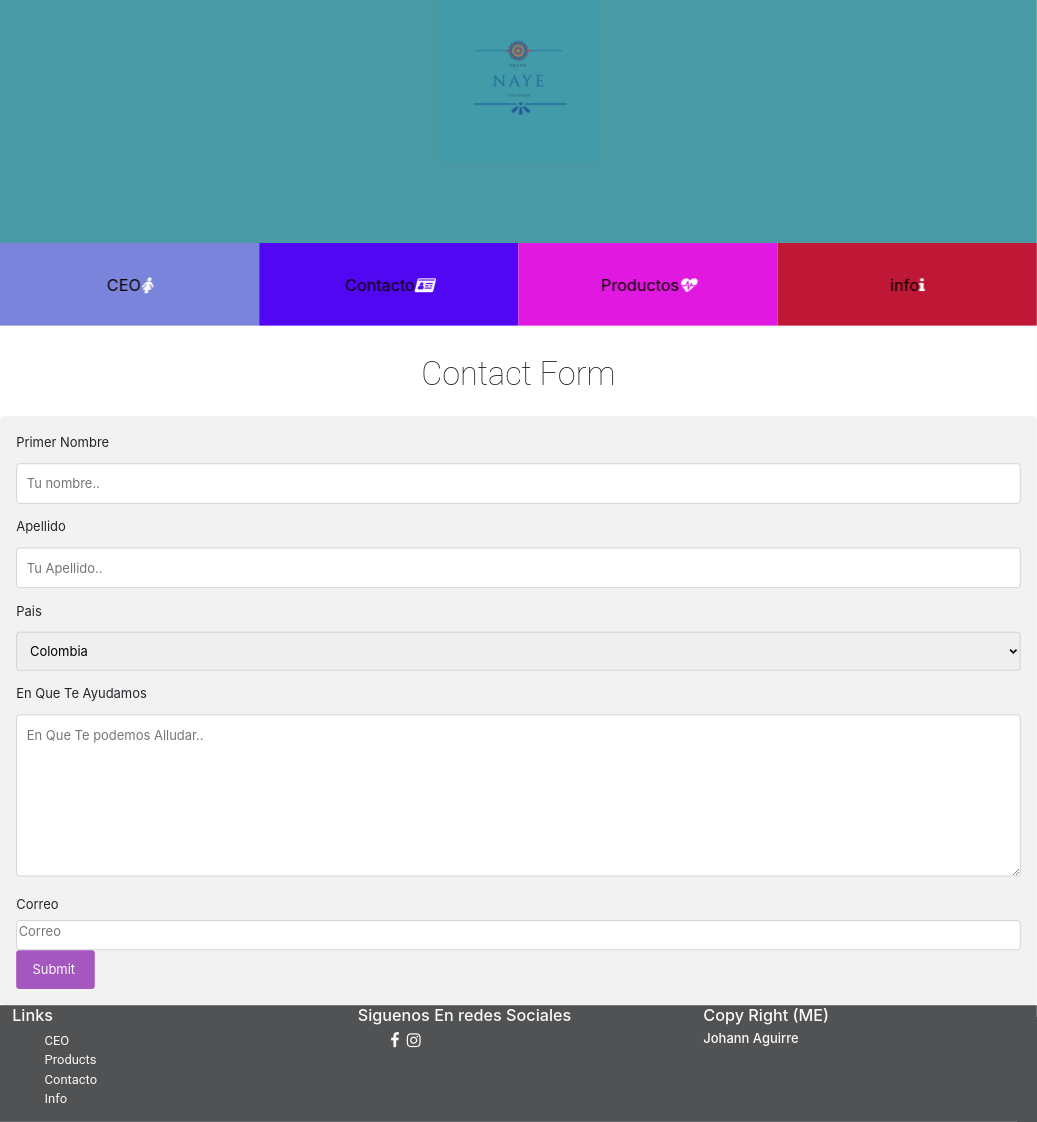
Repository: cachimiro/1-mile-stone-project
Page: contacts.html
The author's editor kept a record of every edit. The page is drawn from the files as they stood at one moment, then again after the next edit.
The browser window is 1280 px wide. The pictures show the whole page, at 81% of full size.
Some web libraries are served in a nearby version.

Above is the page before.

### contacts.html
<!DOCTYPE html>
<html lang="es">

<head>
    <meta charset="UTF-8">
    <meta name="viewport" content="width=device-width, initial-scale=1.0">
    <meta http-equiv="X-UA-Compatible" content="ie=edge">
    <link rel="stylesheet" href="https://stackpath.bootstrapcdn.com/bootstrap/4.2.1/css/bootstrap.min.css" type="text/css" />
    <link rel="stylesheet" href="https://stackpath.bootstrapcdn.com/font-awesome/4.7.0/css/font-awesome.min.css" type="text/css" />
    <link rel="stylesheet" href="https://cdnjs.cloudflare.com/ajax/libs/hover.css/2.3.1/css/hover-min.css" type="text/css" />
    <link rel="stylesheet" href="css/style.css" type="text/css" />
    <title>NAYE accesirios</title>
</head>

<body>


    <section class="bg-color-lightblue">
        <div class="row no-gutters nowrap">
            <a href="index.html" class="col-sx-12 col logo-3 ">
            <img src="photo/logo.png" alt="logo"/>


            </a>






        </div>
        <div class="row no-gutters inline-block">
                    <div class="col"></div>
                    <ul id="nav" class="list-inline menucontainer">
                        <li class="col-6 col-sm-3 ui-menu-color-ceo list-inline-item menuitem-1">
                            <a href="#" class="hvr-icon-spin">CEO<i class="fa fa-ceo hvr-icon" aria-hidden="true"> <span><i class="fas fa-female"></i></span></i>  </a>
                        </li>
                        <li class="col-6 col-sm-3 ui-menu-color-contacto list-inline-item menuitem-1">
                            <a href="#" class="hvr-icon-drop">Contacto<i class="fa fa-contact hvr-icon" aria-hidden="true"> <span><i class="far fa-id-card"></i></span></i>  </a>
                        </li>
                        <li class="col-6 col-sm-3 ui-menu-color-productos list-inline-item menuitem-1">
                            <a href="productos.html" class="hvr-icon-buzz"> Productos<i class="fa fa-crown hvr-icon" aria-hidden="true"> <span><i class="fas fa-heartbeat"></i></span></i>  </a>
                        </li>
                        <li class="col-6 col-sm-3 ui-menu-color-info list-inline-item menuitem-1">
                            <a href="#" class="hvr-icon-sink-away">info<i class="fa fa-info hvr-icon" aria-hidden="true"></i>  </a>
                        </li>

                        </li>
                    </ul>

                </div>

        </div>
       <h3 class="contact-firm">Contact Form</h3>

<div class="container-6">
  <form action="/action_page.php">
    <label for="fname">Primer Nombre</label>
    <input type="text" id="fname" name="firstname" required placeholder="Tu nombre..">

    <label for="lname">Apellido</label>
    <input type="text" id="lname" name="lastname" required placeholder="Tu Apellido..">

    <label for="country">Pais</label>
    <select id="country" name="country">
      <option value="colombia">Colombia</option>
      <option value="canada">Canada</option>
      <option value="venezuela">Venezuela</option>
      <option value="peru">Peru</option>
      <option value="brazil">Brazil</option>
      <option value="bolivia">Bolivia</option>
      <option value="panama">Panama</option>
      <option value="chile">Chile</option>
      <option value="argentina">Argentina</option>
      <option value="uruguay">Uruguay</option>
      <option value="paraguay">Paraguay</option>
      <option value="ecuador">Ecuador</option>
      <option value="costa-rica">Costa Rica</option>
      <option value="honduras">Honduras</option>
      <option value="nicaragua">Nicaragua</option>
      <option value="mexicp">Mexico</option>
      <option value="uk">UK</option>
    </select>

    <label for="subject">En Que Te Ayudamos</label>
    <textarea id="subject" name="subject" placeholder="En Que Te podemos Alludar.." style="height:200px"></textarea>
    <label for="email">Correo</label>
    <input type="email" id="email" name="email" placeholder="Correo" required/>
    <input type="submit" value="Submit " class="submit-3">
  </form>
</div>




    </section>
    <footer class="container-fluid">
        <div id="footer-detail" class="row">
            <div class="col-sm-4">
                <h5 class="uppercase general-sub">Links</h5>
                <p class="inline-block">
                    <ul class="links-footer">
                        <a href="#">
                            <li>
                                CEO
                            </li>
                        </a>
                        <a href="#">
                            <li>
                                Products
                            </li>
                        </a>
                        <a href="#">
                            <li>
                                Contacto
                            </li>
                        </a>
                        <a href="#">
                            <li>
                                Info
                            </li>
                        </a>
                    </ul>
                </p>
            </div>
            <div class="col-sm-4">
                <h5 class="uppercase general-sub">Siguenos En redes Sociales</h5>
                <ul class="social-media-icons">
                    <li class="list-inline-item">
                        <a href="https://m.facebook.com/Nayeaccesorio/" target="_blank" class="">
                        <i class="fa fa-facebook" aria-hidden="true"></i>
                        <span class="sr-only">Facebook</span>
                        </a>
                    </li>
                    <li class="list-inline-item"></li>
                    <a href="https://www.instagram.com/nayeaccesorios/" target="_blank" class="">
                         <i class="fa fa-instagram" aria-hidden="true"></i>
                            <span class="sr-only">Instagram</span>
                            </a>
                    </li>
                </ul>
            </div>
            <div class="col-sm-4">
                <h5 class="uppercase general-sub"> Copy Right (ME)</h5>
                <h6>Johann Aguirre</h6>





            </div>
        </div>


    </footer>
</body>

</html>

### css/style.css
@import url('https://fonts.googleapis.com/css?family=Roboto+Slab&display=swap');
/*----------colours*/

header {
    margin: 0;
    background-color: #021f59;
    color: #f9f7fa;


}

.bg-color-name-title {
    padding-top: 30px;
}


.ui-menu-color-ceo {
    background-color: #7b84db;
    transition: all .5s ease-in-out;
    -moz-transition: all .5s ease-in-out;
    -webkit-transition: all .5s ease-in-out;


}

.ui-menu-color-contacto {
    background-color: #5207f2;
    transition: all .5s ease-in-out;
    -moz-transition: all .5s ease-in-out;
    -webkit-transition: all .5s ease-in-out;

}

.ui-menu-color-productos {
    background-color: #e118df;
    transition: all .5s ease-in-out;
    -moz-transition: all .5s ease-in-out;
    -webkit-transition: all .5s ease-in-out;

}

.ui-menu-color-info {
    background-color: #bf1736;
    transition: all .5s ease-in-out;
    -moz-transition: all .5s ease-in-out;
    -webkit-transition: all .5s ease-in-out;

}

/*---------------sosial links colors*/

.social-links i {
    color: black;
}

/*-------------------heading, decoration*/

.list-inline-item:not(:last-child) {
    margin: 0;
}

.bg-color-name-title {
    padding-top: 30px;
    font-family: "roboto", sans-serif;
    text-align: center;
}

.title {
    font-weight: 200;
    padding-bottom: 15px;
}

.name {
    font-weight: 400;
    padding-top: 10px;
}





i {
    color: #fafafa;

}

.inline-block {
    display: inline;
}

a {
    color: #0d0101;
}

a:hover {
    text-decoration: none;
    color: #fafafa;
}

.logo {
    background: url("../photo/natalia.jpg");
    background-position: center;
    background-repeat: no-repeat;
    background-size: cover;
    height: 410px;
    width: 370px;
    border-top-right-radius: 5%;
    border-bottom-right-radius: 5%;
    transition: all .5s ease-in-out;
    -moz-transition: all .10s ease-in-out;
    -webkit-transition: all .10s ease-in-out;
}
.menucontainer{
 font-size: 0;
}
#nav li {
    font-size: 20px;
    padding: 0;

}

.menuitem {
    line-height: 100px;
    border-radius: 25%;
    text-align: center;

}

/*----------------drop down button*/

.dropbtn {
    background-color: transparent;
    color: #222020;
    padding: 16px;
    font-size: 12px;
    border: none;
}

.dropdown i {
    color: #a67153;
    font-size: 20px;
}

.dropdown {
    position:static;
    display: inline-block;
    text-align: right;

}

.dropdown-content {
    display: none;
    position: absolute;
    background-color: #fafafa;
    min-width: 16px;
    box-shadow: 0px 8px 16px 0px rgba(0, 0, 0, 0.2);
    z-index: 1;
    border-radius: 20%;
}

.dropdown-content a {
    color: #000000;
    padding: 12px 16px;
    text-decoration: none;
    display: block;
}

.dropdown-content a:hover {
    background-color: #eb1e03;
    border-radius: 50%;


}

.dropdown:hover .dropdown-content {
    display: block;
}

.dropdown:hover .dropbtn {
    background-color: none;


}

/*-----------------------------section personal informtion informacion*/

.add-padding {
    padding-top: 10px;
}

.add-padding-3 {
    padding-bottom: 50px;
}

.move-icon {
    padding-left: 15px;
    padding-top: 10px;
}

.move-icon-3 {
    padding-left: 10px
}

.three-reasons-icon {
    color: #0284f3;
    font-size: 24px;

}

.colour-of-infimacion {
    background-color: #23d9b7;
    border-top-right-radius: 5%;
    border-bottom-right-radius: 5%;
}

.personal-info-item {
    margin-bottom: 20px;
    display: block;
    clear: both;

}

.col-md-4 {
    padding-right: 0;
}

.personal-info-item .key,
.personal-info-item .value {
    padding-right: 8px;
    display: inline-block;

}

.personal-info-item .key p,
.personal-info-item .value p {
    margin: 0;
}

.move-right {
    padding-top: 50px;
}

.personal-info-item .key {
    width: 30%;
    margin-right: 21px;
    padding-top: 2px;
    vertical-align: top;
}

.personal-info-item .key p {
    font-weight: 900;

}

.personal-info-item .value {
    position: relative;
    width: 60%;
}

/*----------------------------section icons*/

h3 i {
    color: #0517ea;
    padding-left: 10px;
}

/*---------------------footer links*/

.links-footer {
    font-family: "roboto", sans-serif;
    padding-right: 250px;



}

.links-footer li {
    color: #fafafa;
    text-decoration: none;
    list-style-type: none;
}

.links-footer li:hover {
    color: #e80c0c;


}

/*-----------------------footer*/

.social-media-icons i {
    color: #fafafa;
    text-align: center;
    font-size: 20px;


}

.social-media-icons i:hover {
    background-color: #e80c0c;
    border-radius: 50%;
    height: 30px;
    width: 30px;
    padding-top: 5px;
    transition-duration: 1s;



}

footer {
    background-color: #505254;
    margin: 0;
    color: #fafafa;


}

/*------------------------request info decoration*/

.info-email {
    line-height: 10px;
    padding-top: 20px;
}

.email-decoration {
    border: none;
}

.button-email {
    border: none;
    line-height: 18px;
    background-color: #505254;
    color: #fafafa;
    font-size: 20px;
}

/*---------------------------------productos.html*/

/*------------------------------header*/

.productos-html {
     background:url("../photo/cano.jpg");
     background-repeat: none;
}

.bg-color-photo-section{
    background:url("../photo/cano.jpg");
    background-repeat: none;
}
.logo-2 {
    text-align: center;
    top: -56px;
    background-repeat: no-repeat;
    width: 280px;
    height: 280px;
    margin: 0px;
    padding: 0px;
    background-color: #499aa5;
    transition: all 2s ease-in-out;
    -moz-transition: all 2s ease-in-out;
    -webkit-transition: all 2s ease-in-out;
}

.nowrap {
    flex-wrap: wrap-reverse;
}

/*--------------------------------------------section*/

/*----------------------------------image*/

.photo-adjust {
    margin: 0;
    padding: 0;
    display: block;
    top: -21px;
    line-height: 20px;


}
.photo-1{
    border-radius: 50%;
     -webkit-transition: border-radius 2s;
  transition: border-radius 2s;
}
.photo-1:hover{
  border-radius: 0;
  transition-duration: 1s;

}



.dropdown-links {
    line-height: 100px;
    text-align: center;

}
.dropbtn-links{
    top: -56px;
    padding: 0;
    margin: 0;
}
/*--------------------------hover image information*/
.font-style{
    color: #111111;
    font-family: "roboto", sans-serif;
    font-weight: 600;
    text-align: center;
    text-shadow: 2px 2px #28c7db;
    padding: 10px;
}
/*-------------------------drop-down-button-2*/
.dropdown-2{
    position: static;
    right: -500px;
    top:13;
    z-index: 1;

}
.dropbtn-2 {
    background-color: transparent;
    color: #222020;
    padding: 16px;
    font-size: 12px;
    border: none;
}

.dropdown-2 i {
    color: #222020;
    font-size: 20px;
}




.dropdown-content-2 {
    display: none;
    position: absolute;
    background-color: #fafafa;
    min-width: 16px;
    box-shadow: 0px 8px 16px 0px rgba(0, 0, 0, 0.2);
    z-index: 1;
    border-radius: 20%;
}

.dropdown-content-2 a {
    color: #000000;
    padding: 12px 16px;
    text-decoration: none;
    display: block;
}

.dropdown-content-2 a:hover {
    background-color: #eb1e03;
    border-radius: 50%;


}

.dropdown-2:hover .dropdown-content-2 {
    display: block;
}

.dropdown-2:hover .dropbtn-2 {
    background-color: #3fbec8;


}
/*------------------------------------contactos.html*/

.logo-3{
     text-align: center;
    top: -56px;
    background-repeat: no-repeat;
    width: 280px;
    height: 300px;
    margin: 0px;
    padding: 0px;
    position: static;
    background-color: #499aa5;
    transition: all 2s ease-in-out;
    -moz-transition: all 2s ease-in-out;
    -webkit-transition: all 2s ease-in-out;
}
.menuitem-1{
    line-height: 100px;
    text-align: center;
}
/*---------------------------------contact form*/
.contact-firm{
    text-align: center;
    font-size: 40px;
    font-weight: 200;
    font-family: "roboto" ,sans-serif;
    padding: 20px;

}
input[type=email]{
    width: 100%;
    border-radius: 4px;
    padding-bottom: 10px;
    border:1px solid #cccccc;
}
input[type=text], select, textarea {
  width: 100%;
  padding: 12px;
  border: 1px solid #cccccc;
  border-radius: 4px;
  box-sizing: border-box;
  margin-top: 6px;
  margin-bottom: 16px;
  resize: vertical;
}

input[type=submit] {
  background-color: #a457bf;
  color: #fafafa;
  padding: 12px 20px;
  border: none;
  border-radius: 4px;
  cursor: pointer;
}

input[type=submit]:hover {
  background-color: #5009ff;
}

.container-6 {
  border-radius: 5px;
  background-color: #f2f2f2;
  padding: 20px;
}

After the next edit:
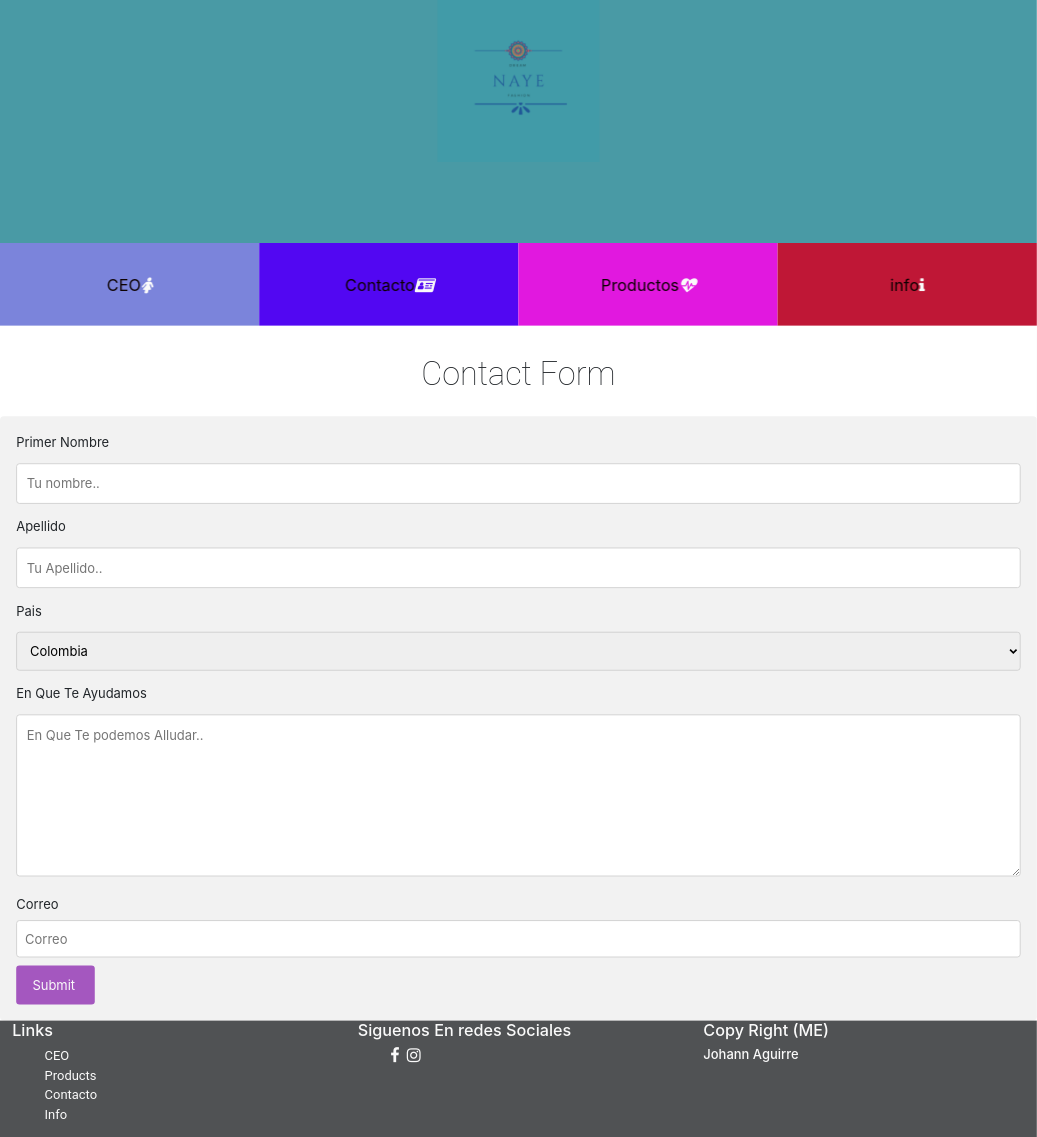
The edit:
--- a/css/style.css
+++ b/css/style.css
@@ -500,7 +500,8 @@
 input[type=email]{
     width: 100%;
     border-radius: 4px;
-    padding-bottom: 10px;
+    margin-bottom: 10px;
+    padding: 10px;
     border:1px solid #cccccc;
 }
 input[type=text], select, textarea {
